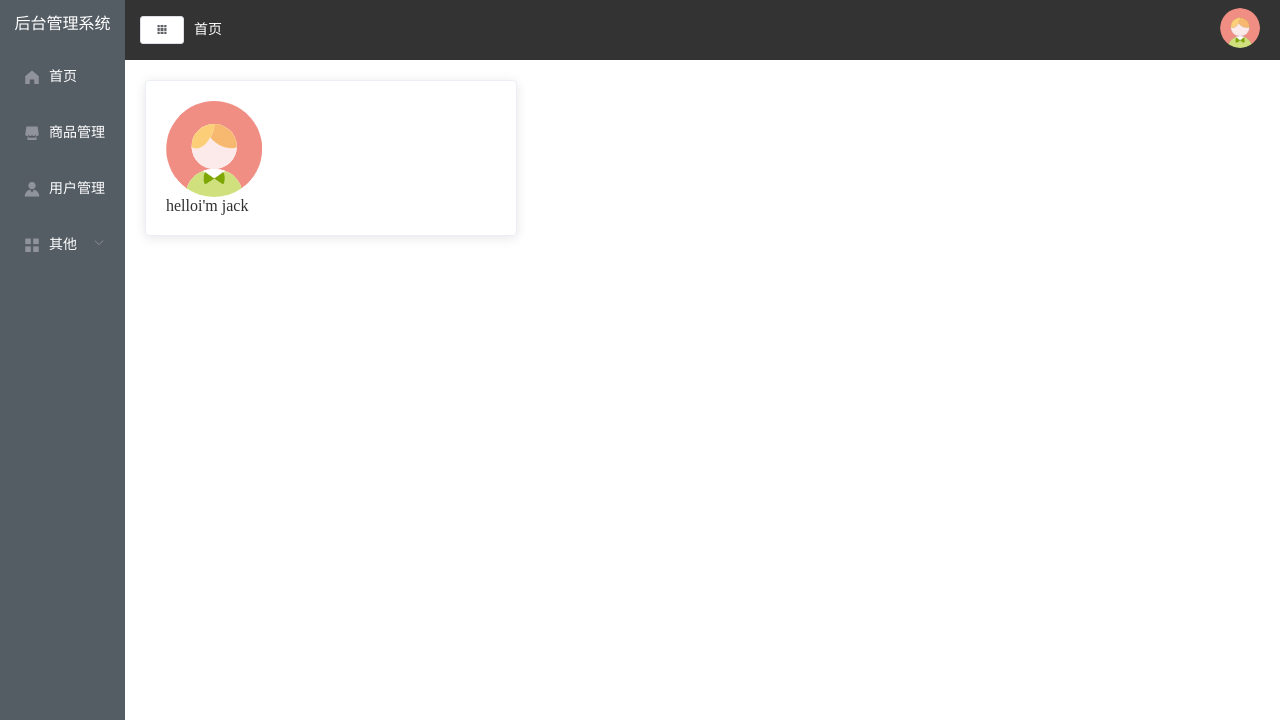
Repository: tkqi/manage
Page: /
An editor plug-in stored every save of this project. The page is shown before and after the next save, followed by the edit.
The browser window is 1280 px wide. The pictures show the whole page.
The project was rebuilt for these pictures with package versions that can differ from the ones it lists, and the page was loaded fresh each time. Also part of the build but not shown: vue.config.js.

Above is the page before, as saved 2023-12-03 15:32:55.

After the next save:
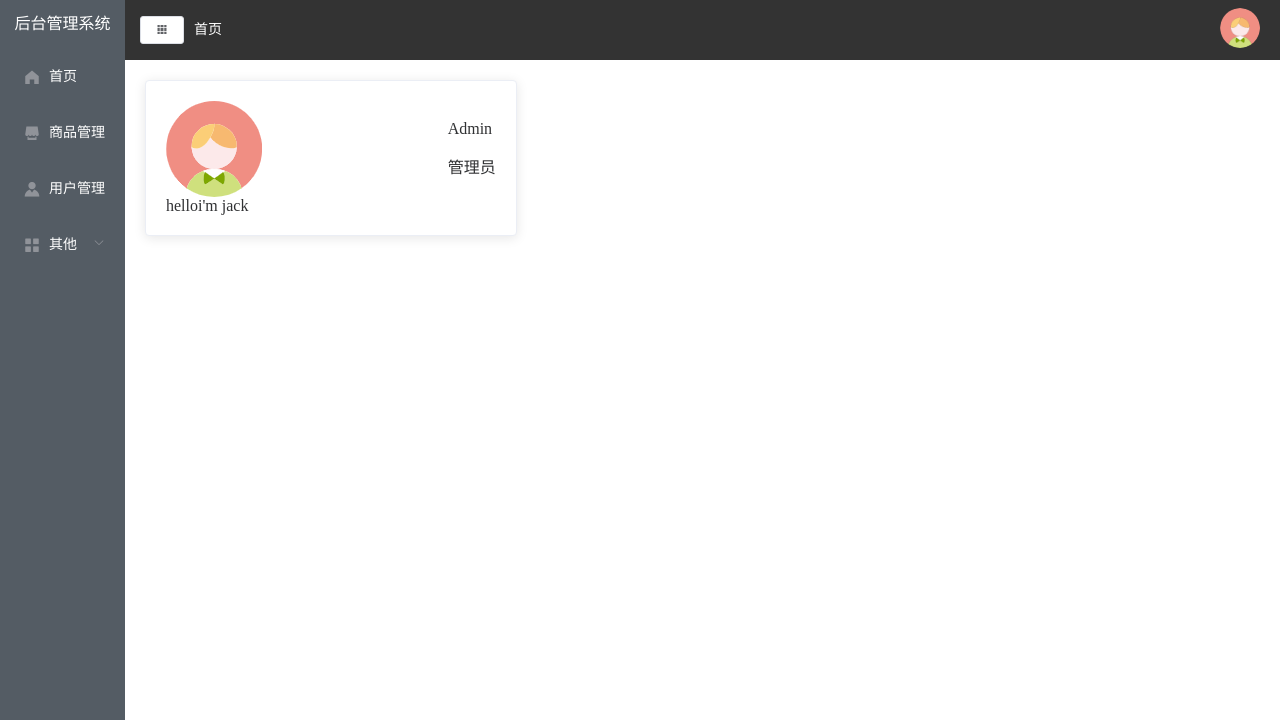
Saved 25 s later.
--- a/src/views/Home.vue
+++ b/src/views/Home.vue
@@ -6,6 +6,10 @@
                 <el-card class="box-card">
                     <div class="user">
                         <img class="img" src="../assets/img/user-default.png" alt="">
+                        <div>
+                            <P>Admin</P>
+                            <p>管理员</p>
+                        </div>
                     </div>
                     <div class="login-info">
                         <span>hello</span>
